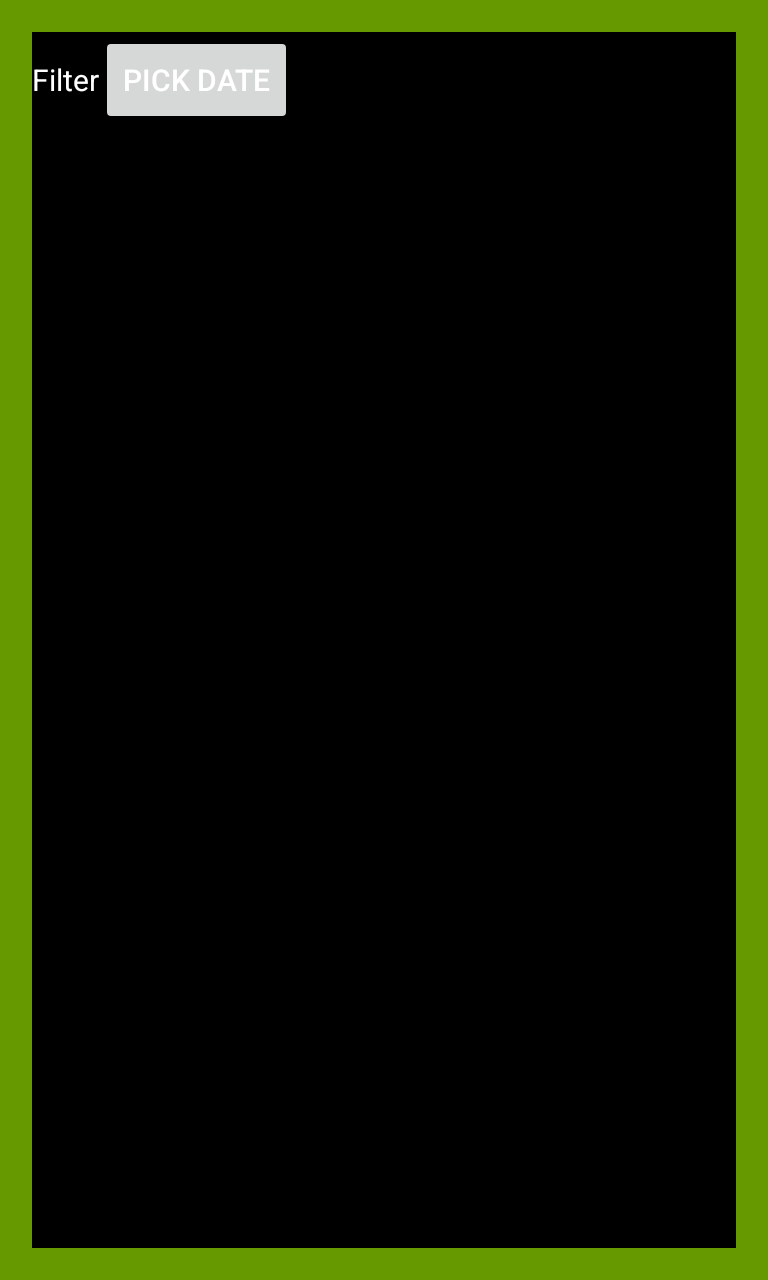
Repository: bwoldemi/LilyTrans
Layout: TransLily/res/layout/activity_booked_ride.xml
These files come from the project's save history. The layout is drawn as it stood at one moment and after the next save; the edit follows.
It is drawn on a 768 x 1280 px phone screen (xhdpi) without system bars, with theme AppTheme; the app's code is not run. Lists and similar views that code fills are empty.

Above is the layout before, as saved 2014-11-08 21:14:16.

After the next save:
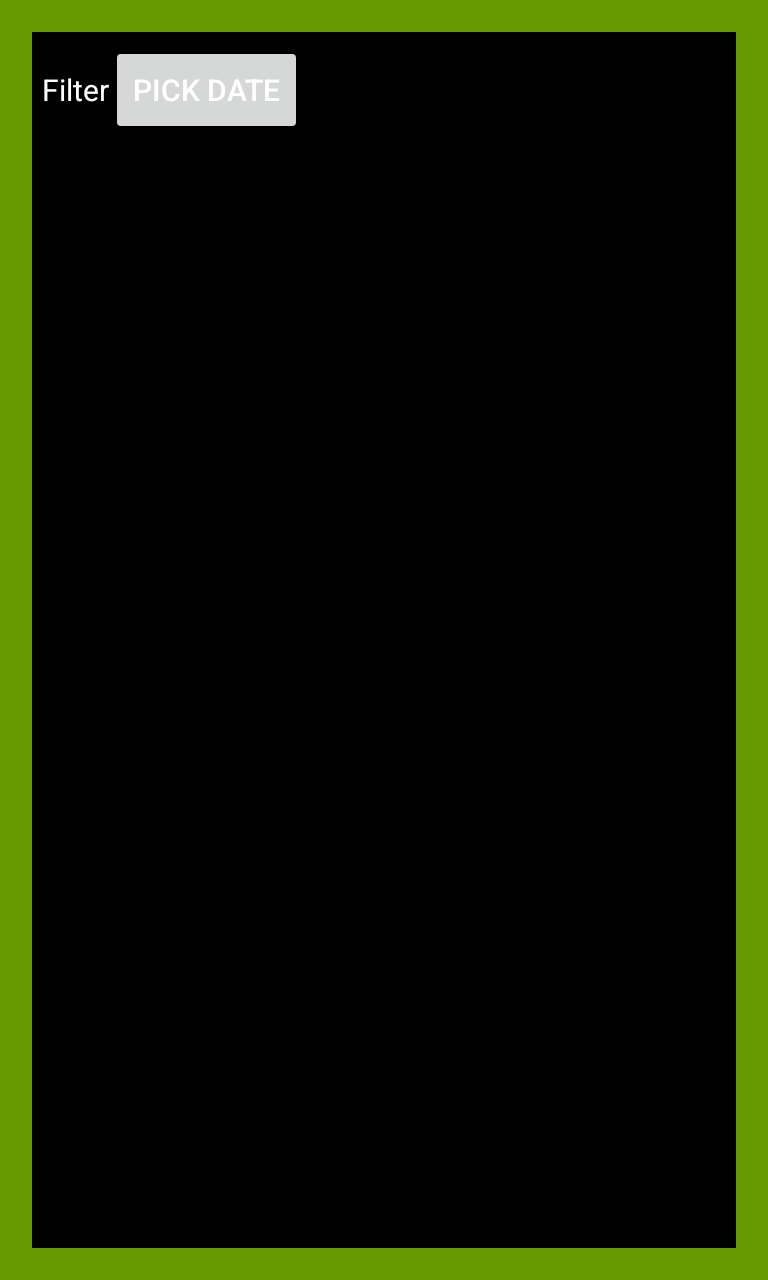
Saved 17 s later.
--- a/TransLily/res/layout/activity_booked_ride.xml
+++ b/TransLily/res/layout/activity_booked_ride.xml
@@ -14,7 +14,8 @@
         android:layout_width="match_parent"
         android:layout_height="match_parent"
         android:background="@color/background_filter_layout"
-        android:orientation="horizontal" >
+        android:orientation="horizontal"
+        android:padding="5sp">
 
         <TextView
             android:layout_width="wrap_content"
